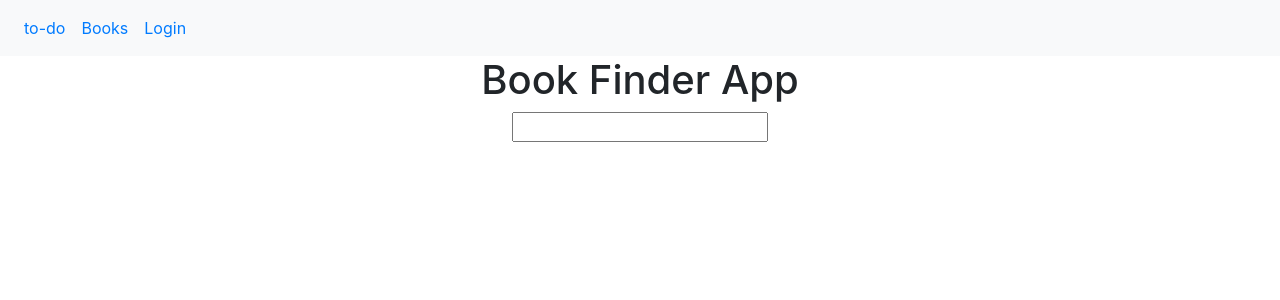
Repository: omniabadry/react-test
Page: /Books
The author's editor kept a copy of each file at every save. The page is drawn from the files as they stood at one save, then again after the next save.
The browser window is 1280 px wide. The pictures show the whole page.
The page's requests for data from a server got no answer. The project was rebuilt for these pictures with package versions that can differ from the ones it lists, and the page was loaded fresh each time. No one was signed in, and anything a server would have sent is missing.

Above is the page before, as saved 2021-02-09 13:56:02.

After the next save:
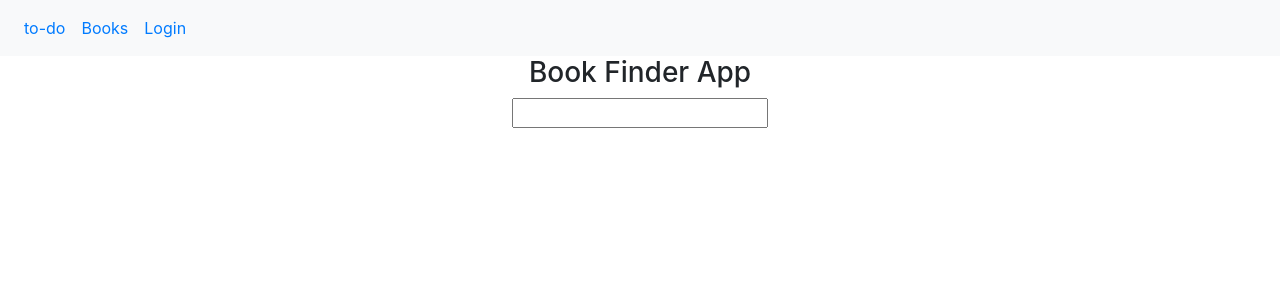
Saved 61 s later.
--- a/src/components/books.js
+++ b/src/components/books.js
@@ -39,13 +39,7 @@ const getBooks = ()=>{
             let cards = []
             for (let index = 0; index < books.length; index++) {
                 cards.push(
-                    <Card className="col-3">
-                        <CardBody>
-                            <CardTitle tag="h5">{books[index]["volumeInfo"]["title"]}</CardTitle>
-                            <CardSubtitle tag="h6" className="mb-2 text-muted">{books[index]["volumeInfo"]["categories"]}</CardSubtitle>
-                            <CardText>{books[index]["volumeInfo"]["authors"]}</CardText>
-                        </CardBody>
-                    </Card>
+                    books[index]["volumeInfo"]["authors"], books[index]["volumeInfo"]["categories"]
                 )
             }
             return cards
@@ -53,7 +47,7 @@ const getBooks = ()=>{
     }
     return (
         <div className="container" style={{ textAlign: "center" }}>
-            <h1>Book Finder App</h1>
+            <h3>Book Finder App</h3>
             <input value={searchValue} onChange={handleInput} type="text" name="search" id="search"/>
             <div className="books col-12">
                 {getCards()}
